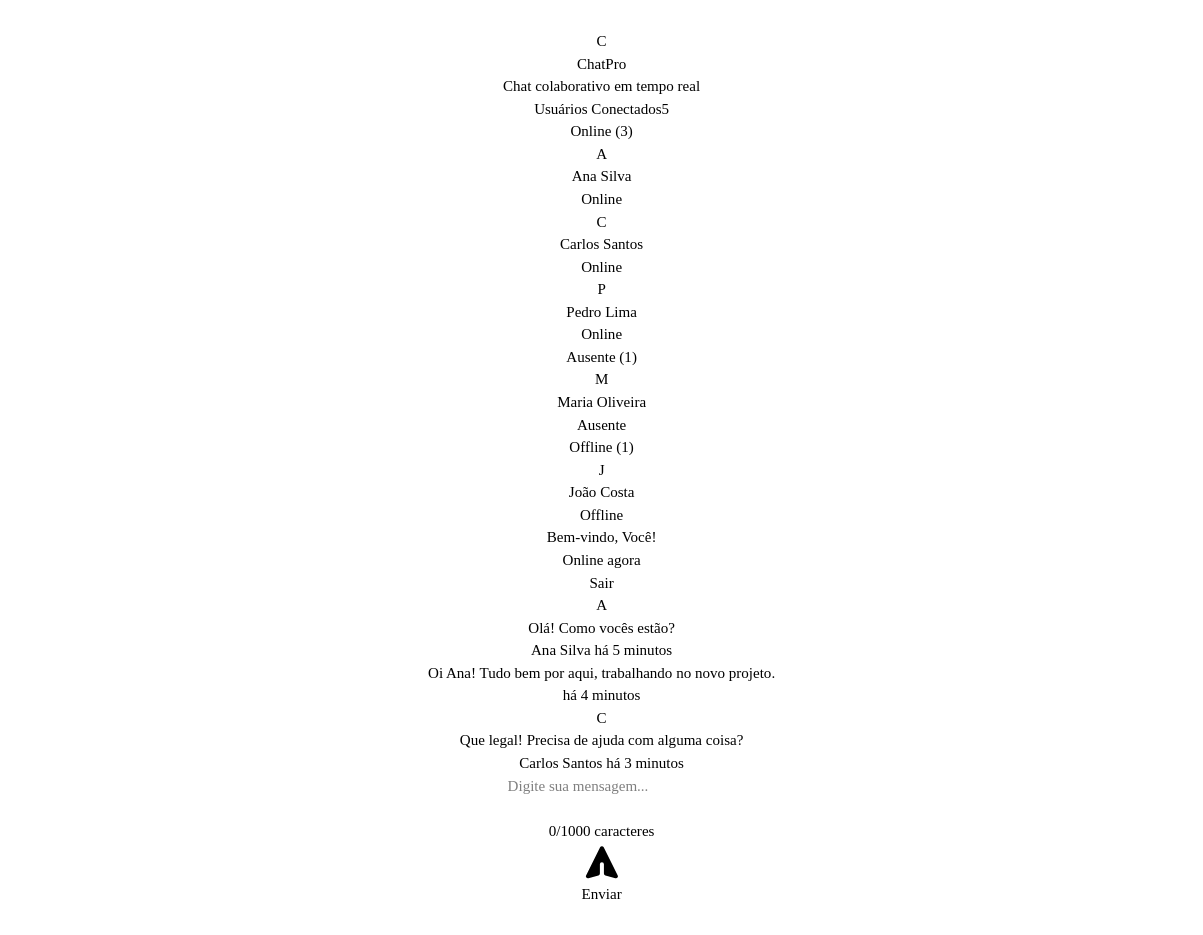
Repository: GabrielF0900/ChatPRO
Page: /chat (app in Frontend/)
The author's editor kept a copy of each file at every save. The page is drawn from the files as they stood at one save, then again after the next save.
The browser window is 1280 px wide. The pictures show the whole page, at 94% of full size.
The page's requests for data from a server got no answer. The project was rebuilt for these pictures with package versions that can differ from the ones it lists, and the page was loaded fresh each time. No one was signed in, and anything a server would have sent is missing. Also part of the build but not shown: Frontend/vite.config.ts, Frontend/src/pages/Register.tsx, Frontend/src/pages/Login.tsx.

Above is the page before, as saved 2025-08-02 21:31:54.

### Frontend/src/App.tsx
import { BrowserRouter, Routes, Route } from 'react-router-dom';
import './App.css';
import Register from './pages/Register';
import LoginPage from './pages/Login';
import ChatPage from './pages/Dashboard';


function App() {
  return (
    <BrowserRouter>
      <Routes>
        <Route path="/register" element={<Register />} />
        <Route path="/login" element={<LoginPage />} />
        <Route path="/chat" element={<ChatPage />} />
        {/* Adicione outras rotas conforme necessário */}
      </Routes>
    </BrowserRouter>
  );
}

export default App;

### Frontend/src/pages/Dashboard.tsx
import { useState, useEffect, useRef } from "react";

interface Message {
  id: string;
  type: 'system' | 'message';
  user?: string;
  message: string;
  timestamp: string;
  isOwn?: boolean;
}

export default function ChatPage() {
  const [message, setMessage] = useState("");
  const [messages, setMessages] = useState<Message[]>([]);
  const [connectionStatus, setConnectionStatus] = useState<'connecting' | 'connected' | 'disconnected'>('connecting');
  const wsRef = useRef<WebSocket | null>(null);
  const messagesEndRef = useRef<HTMLDivElement>(null);

  // Conectar ao WebSocket quando o componente monta
  useEffect(() => {
    const connectWebSocket = () => {
      try {
        const ws = new WebSocket('ws://localhost:3000');
        wsRef.current = ws;

        ws.onopen = () => {
          console.log('Conectado ao WebSocket');
          setConnectionStatus('connected');
        };

        ws.onmessage = (event) => {
          try {
            const data = JSON.parse(event.data);
            const newMessage: Message = {
              id: Date.now().toString(),
              type: data.type || 'message',
              user: data.user || 'Sistema',
              message: data.message,
              timestamp: data.timestamp || new Date().toISOString(),
              isOwn: false
            };
            setMessages(prev => [...prev, newMessage]);
          } catch (error) {
            console.error('Erro ao processar mensagem:', error);
          }
        };

        ws.onclose = () => {
          console.log('Conexão WebSocket fechada');
          setConnectionStatus('disconnected');
          // Tentar reconectar após 3 segundos
          setTimeout(connectWebSocket, 3000);
        };

        ws.onerror = (error) => {
          console.error('Erro WebSocket:', error);
          setConnectionStatus('disconnected');
        };
      } catch (error) {
        console.error('Erro ao conectar WebSocket:', error);
        setConnectionStatus('disconnected');
      }
    };

    connectWebSocket();

    // Cleanup ao desmontar o componente
    return () => {
      if (wsRef.current) {
        wsRef.current.close();
      }
    };
  }, []);

  // Auto-scroll para a última mensagem
  useEffect(() => {
    messagesEndRef.current?.scrollIntoView({ behavior: 'smooth' });
  }, [messages]);

  const handleSend = (e: React.FormEvent<HTMLFormElement>) => {
    e.preventDefault();

    if (!message.trim() || !wsRef.current || wsRef.current.readyState !== WebSocket.OPEN) {
      return;
    }

    try {
      // Enviar mensagem via WebSocket
      const messageData = {
        type: 'message',
        user: 'Você',
        message: message.trim(),
        timestamp: new Date().toISOString()
      };

      wsRef.current.send(JSON.stringify(messageData));

      // Adicionar mensagem própria à lista
      const ownMessage: Message = {
        id: Date.now().toString(),
        type: 'message',
        user: 'Você',
        message: message.trim(),
        timestamp: new Date().toISOString(),
        isOwn: true
      };

      setMessages(prev => [...prev, ownMessage]);
      setMessage("");
    } catch (error) {
      console.error('Erro ao enviar mensagem:', error);
    }
  };

  return (
    <div className="flex h-screen bg-gray-50">
      {/* Sidebar */}
      <aside className="w-80 bg-white border-r border-gray-200 flex flex-col">
        {/* Header do Chat */}
        <div className="p-4 border-b border-gray-200 bg-white">
          <div className="flex items-center gap-3">
            <div className="w-10 h-10 bg-blue-600 rounded-full flex items-center justify-center">
              <span className="text-white font-bold text-lg">C</span>
            </div>
            <div>
              <h1 className="text-xl font-bold text-gray-900">ChatPro</h1>
              <p className="text-sm text-gray-500">Chat colaborativo em tempo real</p>
            </div>
          </div>
        </div>

        {/* Lista de Usuários */}
        <div className="flex-1 overflow-y-auto p-4">
          <div className="mb-6">
            <div className="flex items-center justify-between mb-3">
              <span className="text-sm font-medium text-gray-700">Usuários Conectados</span>
              <span className="bg-gray-100 text-gray-600 text-xs px-2 py-1 rounded-full">5</span>
            </div>

            <div className="space-y-3">
              <div className="text-xs font-medium text-green-600 flex items-center gap-1">
                <span className="w-2 h-2 bg-green-500 rounded-full"></span>
                Online (3)
              </div>

              {[
                { name: "Ana Silva", initial: "A", color: "bg-blue-500" },
                { name: "Carlos Santos", initial: "C", color: "bg-green-500" },
                { name: "Pedro Lima", initial: "P", color: "bg-purple-500" },
              ].map((user) => (
                <div key={user.name} className="flex items-center gap-3 p-2 hover:bg-gray-50 rounded-lg cursor-pointer">
                  <div className={`w-8 h-8 ${user.color} rounded-full flex items-center justify-center relative`}>
                    <span className="text-white text-sm font-medium">{user.initial}</span>
                    <span className="absolute -bottom-0.5 -right-0.5 w-3 h-3 bg-green-500 border-2 border-white rounded-full"></span>
                  </div>
                  <div className="flex-1">
                    <p className="text-sm font-medium text-gray-900">{user.name}</p>
                    <p className="text-xs text-green-600">Online</p>
                  </div>
                </div>
              ))}
            </div>
          </div>

          <div className="mb-6">
            <div className="text-xs font-medium text-yellow-600 flex items-center gap-1 mb-3">
              <span className="w-2 h-2 bg-yellow-500 rounded-full"></span>
              Ausente (1)
            </div>

            <div className="flex items-center gap-3 p-2 hover:bg-gray-50 rounded-lg cursor-pointer">
              <div className="w-8 h-8 bg-gray-400 rounded-full flex items-center justify-center relative">
                <span className="text-white text-sm font-medium">M</span>
                <span className="absolute -bottom-0.5 -right-0.5 w-3 h-3 bg-yellow-500 border-2 border-white rounded-full"></span>
              </div>
              <div className="flex-1">
                <p className="text-sm font-medium text-gray-900">Maria Oliveira</p>
                <p className="text-xs text-yellow-600">Ausente</p>
              </div>
            </div>
          </div>

          <div>
            <div className="text-xs font-medium text-gray-500 flex items-center gap-1 mb-3">
              <span className="w-2 h-2 bg-gray-400 rounded-full"></span>
              Offline (1)
            </div>

            <div className="flex items-center gap-3 p-2 hover:bg-gray-50 rounded-lg cursor-pointer opacity-60">
              <div className="w-8 h-8 bg-gray-400 rounded-full flex items-center justify-center">
                <span className="text-white text-sm font-medium">J</span>
              </div>
              <div className="flex-1">
                <p className="text-sm font-medium text-gray-900">João Costa</p>
                <p className="text-xs text-gray-500">Offline</p>
              </div>
            </div>
          </div>
        </div>
      </aside>

      {/* Chat Principal */}
      <main className="flex-1 flex flex-col bg-white">
        {/* Header do Chat */}
        <header className="flex justify-between items-center px-6 py-4 border-b border-gray-200 bg-white">
          <div></div>
          <div className="flex items-center gap-4">
            <div className="text-right">
              <p className="text-sm font-medium text-gray-900">Bem-vindo, Você!</p>
              <p className="text-xs text-green-600">Online agora</p>
            </div>
            <button className="p-2 hover:bg-gray-100 rounded-lg">
              <svg className="w-5 h-5 text-gray-500" fill="currentColor" viewBox="0 0 20 20">
                <path fillRule="evenodd" d="M10 6a2 2 0 110-4 2 2 0 010 4zM10 12a2 2 0 110-4 2 2 0 010 4zM10 18a2 2 0 110-4 2 2 0 010 4z" clipRule="evenodd" />
              </svg>
            </button>
            <button className="text-sm text-blue-600 hover:text-blue-700 font-medium">
              Sair
            </button>
          </div>
        </header>

        {/* Área de Mensagens */}
        <div className="flex-1 overflow-y-auto p-6 space-y-6 bg-gray-50">
          {/* Mensagem recebida */}
          <div className="flex items-start gap-3">
            <div className="w-8 h-8 bg-blue-500 rounded-full flex items-center justify-center flex-shrink-0">
              <span className="text-white text-sm font-medium">A</span>
            </div>
            <div className="flex flex-col">
              <div className="bg-white px-4 py-3 rounded-2xl rounded-tl-md shadow-sm max-w-md">
                <p className="text-gray-900">Olá! Como vocês estão?</p>
              </div>
              <span className="text-xs text-gray-500 mt-1 ml-1">Ana Silva há 5 minutos</span>
            </div>
          </div>

          {/* Mensagem própria */}
          <div className="flex justify-end">
            <div className="flex flex-col items-end">
              <div className="bg-blue-600 text-white px-4 py-3 rounded-2xl rounded-tr-md shadow-sm max-w-md">
                <p>Oi Ana! Tudo bem por aqui, trabalhando no novo projeto.</p>
              </div>
              <span className="text-xs text-gray-500 mt-1 mr-1">há 4 minutos</span>
            </div>
          </div>

          {/* Mensagem recebida */}
          <div className="flex items-start gap-3">
            <div className="w-8 h-8 bg-green-500 rounded-full flex items-center justify-center flex-shrink-0">
              <span className="text-white text-sm font-medium">C</span>
            </div>
            <div className="flex flex-col">
              <div className="bg-white px-4 py-3 rounded-2xl rounded-tl-md shadow-sm max-w-md">
                <p className="text-gray-900">Que legal! Precisa de ajuda com alguma coisa?</p>
              </div>
              <span className="text-xs text-gray-500 mt-1 ml-1">Carlos Santos há 3 minutos</span>
            </div>
          </div>
        </div>

        {/* Input de Mensagem */}
        <form
          onSubmit={handleSend}
          className="border-t border-gray-200 p-4 bg-white"
        >
          <div className="flex gap-3 items-end">
            <div className="flex-1 relative">
              <input
                type="text"
                placeholder="Digite sua mensagem..."
                className="w-full border border-gray-300 rounded-2xl px-4 py-3 pr-12 resize-none focus:outline-none focus:ring-2 focus:ring-blue-500 focus:border-transparent"
                value={message}
                onChange={(e) => setMessage(e.target.value)}
              />
              <div className="absolute right-3 top-1/2 transform -translate-y-1/2 flex gap-2">
                <button type="button" className="p-1 hover:bg-gray-100 rounded">
                  <svg className="w-5 h-5 text-gray-400" fill="currentColor" viewBox="0 0 20 20">
                    <path fillRule="evenodd" d="M8 4a4 4 0 100 8 4 4 0 000-8zM2 8a6 6 0 1110.89 3.476l4.817 4.817a1 1 0 01-1.414 1.414l-4.816-4.816A6 6 0 012 8z" clipRule="evenodd" />
                  </svg>
                </button>
                <button type="button" className="p-1 hover:bg-gray-100 rounded">
                  <svg className="w-5 h-5 text-gray-400" fill="currentColor" viewBox="0 0 20 20">
                    <path fillRule="evenodd" d="M10 18a8 8 0 100-16 8 8 0 000 16zM9.555 7.168A1 1 0 008 8v4a1 1 0 001.555.832l3-2a1 1 0 000-1.664l-3-2z" clipRule="evenodd" />
                  </svg>
                </button>
              </div>
              <div className="text-xs text-gray-400 mt-2">0/1000 caracteres</div>
            </div>
            <button
              type="submit"
              className="bg-blue-600 hover:bg-blue-700 text-white px-6 py-3 rounded-2xl font-medium transition-colors duration-200 flex items-center gap-2"
            >
              <svg className="w-4 h-4" fill="currentColor" viewBox="0 0 20 20">
                <path d="M10.894 2.553a1 1 0 00-1.788 0l-7 14a1 1 0 001.169 1.409l5-1.429A1 1 0 009 15.571V11a1 1 0 112 0v4.571a1 1 0 00.725.962l5 1.428a1 1 0 001.17-1.408l-7-14z" />
              </svg>
              Enviar
            </button>
          </div>
        </form>
      </main>
    </div>
  );
}

Loaded but not shown: Frontend/index.html (common file); Frontend/src/main.tsx (common file); Frontend/src/index.css (common file); Frontend/src/App.css (common file)

After the next save:
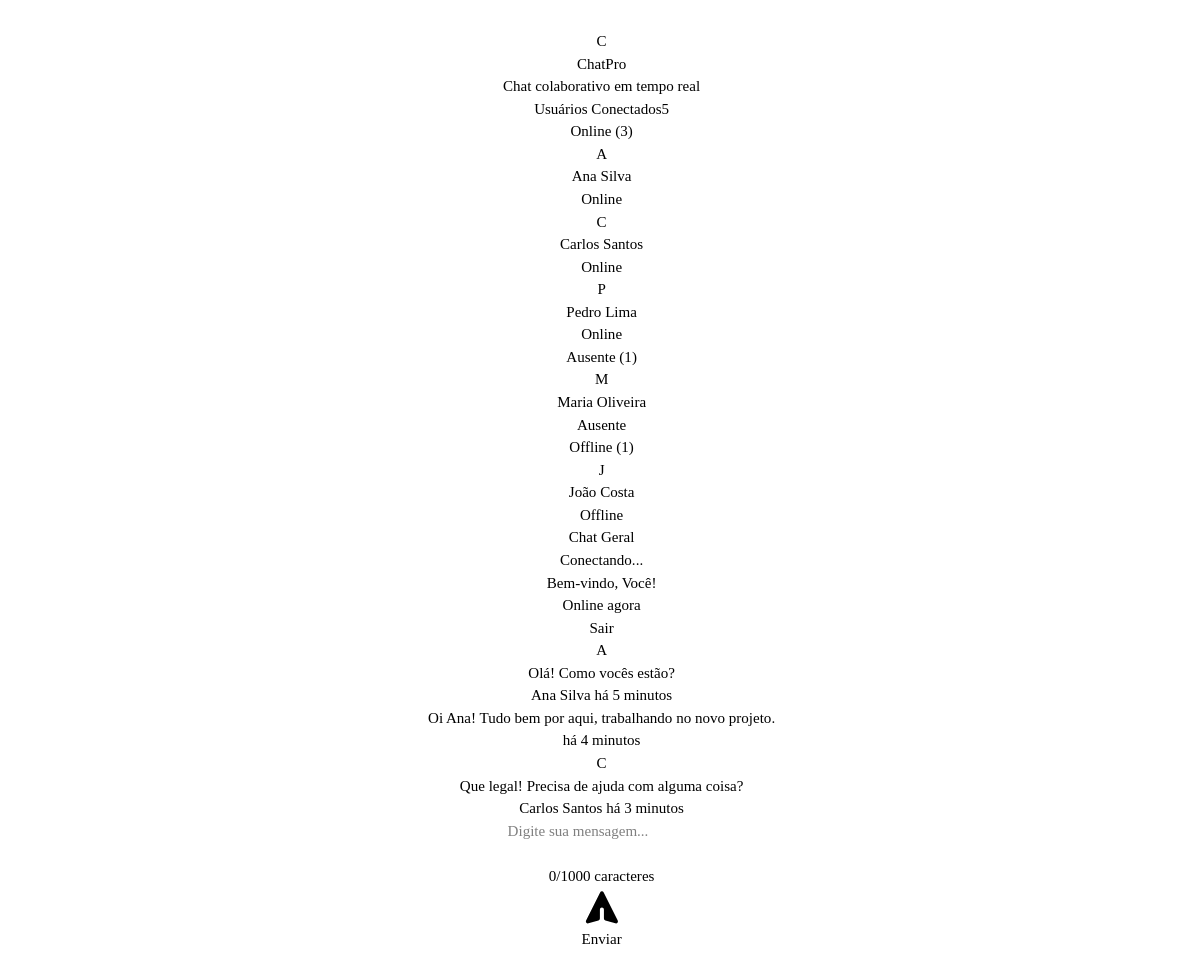
Saved 111 s later.
--- a/Frontend/src/pages/Dashboard.tsx
+++ b/Frontend/src/pages/Dashboard.tsx
@@ -203,7 +203,19 @@ export default function ChatPage() {
       <main className="flex-1 flex flex-col bg-white">
         {/* Header do Chat */}
         <header className="flex justify-between items-center px-6 py-4 border-b border-gray-200 bg-white">
-          <div></div>
+          <div className="flex items-center gap-3">
+            <h2 className="text-lg font-semibold text-gray-900">Chat Geral</h2>
+            <div className="flex items-center gap-2">
+              <div className={`w-2 h-2 rounded-full ${
+                connectionStatus === 'connected' ? 'bg-green-500' :
+                connectionStatus === 'connecting' ? 'bg-yellow-500' : 'bg-red-500'
+              }`}></div>
+              <span className="text-xs text-gray-500">
+                {connectionStatus === 'connected' ? 'Conectado' :
+                 connectionStatus === 'connecting' ? 'Conectando...' : 'Desconectado'}
+              </span>
+            </div>
+          </div>
           <div className="flex items-center gap-4">
             <div className="text-right">
               <p className="text-sm font-medium text-gray-900">Bem-vindo, Você!</p>
